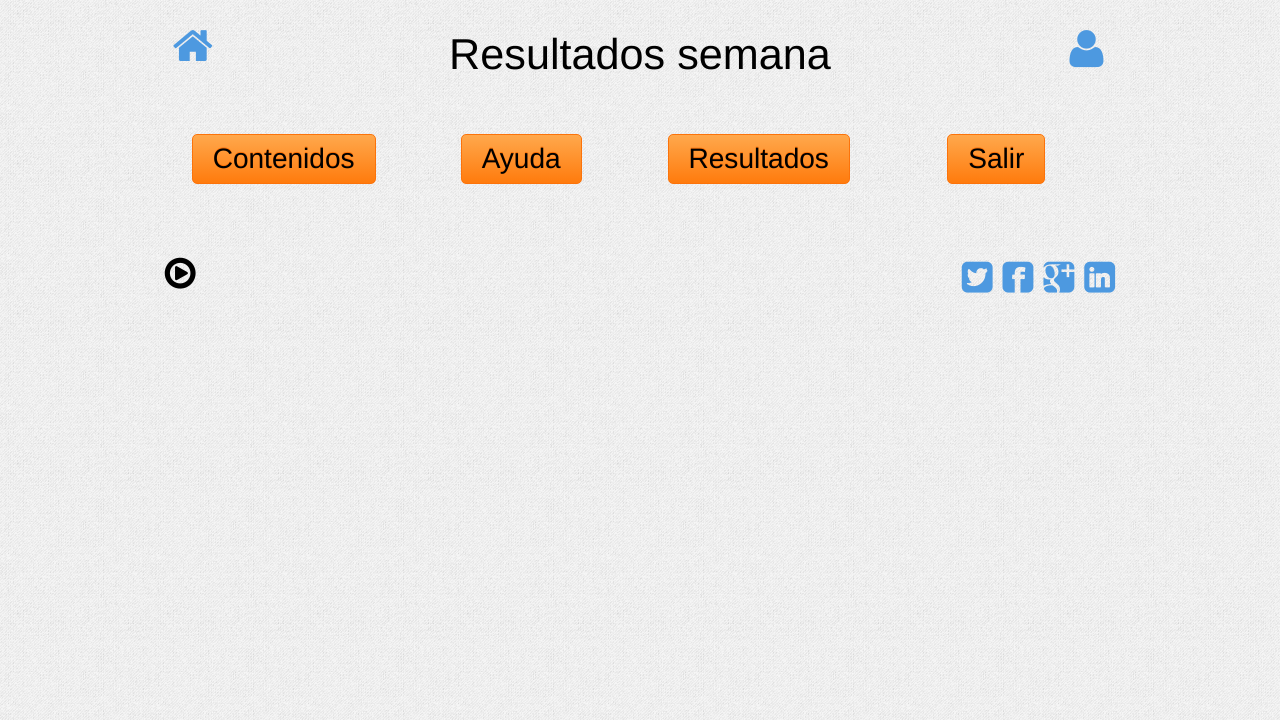
Repository: SCeruso/RememberMe
Page: resultados_semana.html
The author's editor kept a record of every edit. The page is drawn from the files as they stood at one moment, then again after the next edit.
The browser window is 1280 px wide. The pictures show the whole page.
Some web libraries are served in a nearby version.

Above is the page before.

### resultados_semana.html
<!DOCTYPE html>
<html>
<head>
	<!-- META -->
	<title>HTML KickStart Elements</title>
	<meta charset="UTF-8">
	<meta name="viewport" content="width=device-width, initial-scale=1.0"/>
	<meta name="description" content="" />

	<!-- CSS -->
	<link rel="stylesheet" type="text/css" href="css/kickstart.css" media="all" />
	<link rel="stylesheet" type="text/css" href="style.css" media="all" />

	<!-- Javascript -->
	<script type="text/javascript" src="https://ajax.googleapis.com/ajax/libs/jquery/1.9.1/jquery.min.js"></script>
	<script type="text/javascript" src="js/kickstart.js"></script>

</head>
<body>
<div class="grid">
	<div class="col_12">
        <div class="col_2">
        <h2 class="left">
                <a href="juegosde.html">
                    <i class="icon-home pull-left"></i>
                </a>
        </div>
        </h2>
        <div class="col_8">
        <h2 class="center">
               <p>Resultados semana</p>
        </h2></div>
        <h2>
        		<a href = "perfil.html">
               <i class="icon-user icon-border pull-right" title="Mi perfil"></i>
		</a>
		</h2>
		<br>
    </div>








    <div class="col_12">
        <div class="col_3">
            <h5 style="margin-bottom:40px;" class="center">
                <a class="large button orange" href="contenido.html"><font color="black">Contenidos</font></a>
            </h5>
        </div>
        <div class="col_3">
            <h5 style="margin-bottom:40px;" class="center">
                <a class="large button orange" href="registrarse.html"><font color="black">Ayuda</font></a>
            </h5>
        </div>
        <div class="col_3">
            <h5 style="margin-bottom:40px;" class="center">
                <a class="large button orange" href="registrarse.html"><font color="black">Resultados</font></a>
            </h5>
        </div>
        <div class="col_3">
            <h5 style="margin-bottom:40px;" class="center">
                <a class="large button orange" href="bienvenido.html"><font color="black">Salir</font></a>
            </h5>
        </div>
    </div>

    <div class="col_12">
        <h3 class="right">
            <a href = "http://www.twitter.com" target = "blank">
                <i class="icon-twitter-sign" title= "Twitter"></i></a>
            <a href = "http://www.facebook.com" target = "blank">
                <i class="icon-facebook-sign" title= "Facebook"></i></a>
            <a href = "http://www.google.com" target = "blank">
                <i class="icon-google-plus-sign" title= "Google +"></i></a>
            <a href = "http://www.linkedin.com" target = "blank">
                <i class="icon-linkedin-sign" title= "Linkedin"></i></a>
            <i class=" icon-play-circle pull-left"></i>

        </h3>
    </div>
</div> <!-- End Grid -->
</body>
</html>

### style.css
/*
	99Lime.com HTML KickStart by Joshua Gatcke
	style.css

*/

/*---------------------------------
	IMPORTS
-----------------------------------*/
@import url(http://fonts.googleapis.com/css?family=Arimo:400,700);

/*---------------------------------
	OVERRIDES
-----------------------------------*/
h1,h2,h3,h4,h5,h6{
font-family: "Arimo", arial, verdana, sans-serif;
font-weight:normal;
}

thead th,
tbody th{
font-family: "Arimo", arial, verdana, sans-serif;
}

button,
a.btn,
input[type="submit"],
input[type="reset"],
input[type="button"]{
font-family: "Arimo", arial, verdana, sans-serif;
}

.menu{
font-family: "Arimo", arial, verdana, sans-serif;
}

blockquote{
font-family: "Arimo", arial, verdana, sans-serif;
}

/*---------------------------------
	LAYOUT
-----------------------------------*/
body{
margin:0;
padding:0 0 0 0;
color:#000;
/*background-repeat:repeat;*/
background:#efefef url(css/img/gray_jean.png);
/*background-size:cover;*/
/*background-image:url(css/img/gray_jean.png);*/
font:normal 0.9em/150% 'Arimo', arial, verdana, sans-serif;
text-shadow: 0 0 1px transparent; /* google font pixelation fix */
}

#wrap{
width:100%;
background:#fff;
margin:30px auto 30px auto;
padding:0 2%;
border:1px solid #ccc;
}


#footer{
text-align:center;
padding:20px;
margin:0;
border-top:1px solid #ddd;
color:#999;
font-size:0.8em;
text-shadow:0px 1px 1px #fff;
position: relative;
top:0;
left:0;
background:#fff;
}

	#link-top{
	display:none;
	}

/* NAV BAR*/
.navbar{
position:fixed;
top:0;
left:0;
width: 100%;
background:#000;
color:#fff;
z-index:1000;
}

	.navbar #logo{
	position:absolute;
	top:0;
	right:0;
	padding:0.5em 1em;
	font-size: 1.7em;
	color:#efefef;
	text-decoration:none;
	}

	.navbar span{
	color:#86dc00;
	}


	.navbar ul{
	display:inline-block;
	margin:0;
	padding:0;
	}

		.navbar li{
		margin:0;
		padding:0;
		list-style-type:0;
		display:inline-block;
		}

		.navbar li a{
		display:inline-block;
		color:#efefef;
		padding:1em 1.3em;
		text-decoration:none;
		text-transform: uppercase;
		line-height:100%;
		font-size: 1.2em;
		}

.callout{
background:#4598ef;/*#86dc00;*/
padding:3em 0;
color:#fff;
box-shadow:inset 0 0 10px rgba(0,0,0,0.2);
text-align: center;
text-shadow:0px 1px 3px rgba(0,0,0,0.2);
display:block;
}
	.callout + div.grid{margin-top:50px;}
	 a.callout{cursor:pointer;}
	 .callout i.icon-4x{font-size:6em;}
	 .callout h4{margin-bottom:30px;}
	 .callout-top{margin:50px 0 0 0;}
	 .callout p{margin-bottom:0;}
	 .callout .button{margin-top:10px;}
	 .callout.green{background:#19ad0b;/*#86dc00;*/}

#mc_embed_signup{
padding:30px 0;
}

#ui-preview{
border:5px solid #ddd;
margin:30px 0;
display:block;
}

### css/kickstart-forms.css
/*---------------------------------
	FORMS
-----------------------------------*/
form{
padding:0;
margin:0;
}

fieldset{
margin:30px 0 20px 0;
padding:5px 15px 15px 15px;
border:1px solid #ccc;
background:#f5f5f5;
-moz-border-radius:5px;
-webkit-border-radius:5px;
border-radius:5px;
position: relative;
top:0;
left:0;
}

	legend{
	-moz-border-radius:5px;
	-webkit-border-radius:5px;
	border-radius:5px;
	border:1px solid #ccc;
	background:#f5f5f5;
	padding:2px 10px;
	margin:0 0 0 0;
	display:block;
	position: relative;
	top:0;
	left:0;
	}

	/*IE ONLY - I know, this is a stop gap*/
	.msie fieldset{padding-top:25px;}
	.msie legend{position:absolute;top:-0.7em;left:10px;}

label{
display:inline-block;
*display:inline;
vertical-align: middle;
margin:0;
padding:0;
position:relative;
top:0;
left:0;
zoom:1;
-moz-box-sizing: border-box;
-webkit-box-sizing: border-box;
box-sizing: border-box;
}

	label.inline{
	display:inline;
	margin:0;
	}

	label span{
	color:#999;
	font-size:0.9em;
	}

	label span.right{
	position:absolute;
	bottom:0;
	right:0;
	text-align:right;
	display:inline-block;
	*display:inline;
	}

	label.disabled{
	color:#ccc;
	}

input{
display:inline-block;
*display:inline;
vertical-align: middle;
width:auto;
zoom:1;
margin:0;
border:1px solid #ccc;
font-size:1em;
padding:5px 0;
text-indent: 5px;
-moz-border-radius:5px;
-webkit-border-radius:5px;
border-radius:5px;
background:#fff;
-moz-box-shadow:inset 0 0 6px #ccc;
-webkit-box-shadow:inset 0 1px 6px #ccc;
box-shadow:inset 0 1px 6px #ccc;
-moz-box-sizing: border-box;
-webkit-box-sizing: border-box;
box-sizing: border-box;
}

	input::-webkit-input-placeholder,
	input:-moz-placeholder,
	.placeholder{
	color:#bbb;
	}

	input::-moz-focus-inner {border:0;}

	input[disabled="disabled"], input.disabled{
	color:#999;
	background:#f5f5f5;
	-moz-box-shadow:inset 0 0 2px #ddd;
	-webkit-box-shadow:inset 0 1px 2px #ddd;
	box-shadow:inset 0 1px 2px #ddd;
	}

	/* FOCUS STATES */
	input[type="text"]:focus,
	textarea:focus,
	button:focus,
	a.button:focus,
	select:focus,
	input[type="file"]:focus,
	input[type="password"]:focus{
	-webkit-box-shadow: 0 0 7px #6DB9FF;
	-moz-box-shadow   : 0 0 7px #6DB9FF;
	box-shadow        : 0 0 7px #6DB9FF;
	border: 1px solid #50B1FE;
	outline: none;
	}

	/* TRANSITION */
	input[type="text"],
	textarea,
	button,
	a.button,
	a,
	input[type="file"]{
	-moz-transition: -moz-box-shadow 0.5s, border 0.5s, background 0.5s;
	-webkit-transition: -webkit-box-shadow 0.5s, border 0.5s, background 0.5s;
	-o-transition:  box-shadow 0.5s, border 0.5s, background 0.5s;
	transition: box-shadow 0.5s, border 0.5s, background 0.5s;
	}

input.checkbox,
input[type="checkbox"]{
display:inline;
width:auto;
margin:0;
padding:0;
border:0;
background:none;
vertical-align:center;
*vertical-align: top;
}

input.radio,
input[type="radio"]{
display:inline;
width:auto;
margin:0;
padding:0;
border:0;
background:none;
vertical-align:center;
*vertical-align: top;
}

	input[type="radio"]:focus,
	input[ type="checkbox"]:focus{
	-webkit-box-shadow: 0 0 5px #6DB9FF;
	-moz-box-shadow   : 0 0 5px #6DB9FF;
	box-shadow        : 0 0 5px #6DB9FF;
	outline-color: #6DB9FF;
	}

input.file,
input[type="file"]{
/*font-size:0.8em;*/
-moz-box-shadow:none;
-webkit-box-shadow:none;
box-shadow:none;
border:none;
}

select{
display:inline;
width:auto;
margin:0;
border:1px solid #ccc;
line-height:100%;
padding:3px;
vertical-align: middle;
}

        select[disabled="disabled"], select.disabled{
        color:#999;
        background:#f5f5f5;
        -moz-box-shadow:inset 0 0 2px #ddd;
        -webkit-box-shadow:inset 0 1px 2px #ddd;
        box-shadow:inset 0 1px 2px #ddd;
        }

textarea{
width:auto;
height:200px;
margin:0;
border:1px solid #ccc;
padding:5px;
vertical-align: middle;
font-family:inherit;
font-size:0.9em;
-moz-border-radius:5px;
-webkit-border-radius:5px;
border-radius:5px;
-moz-box-shadow:inset 0 0 6px #ccc;
-webkit-box-shadow:inset 0 1px 6px #ccc;
box-shadow:inset 0 1px 6px #ccc;
-moz-box-sizing: border-box;
-webkit-box-sizing: border-box;
box-sizing: border-box;
}

/*---------------------------------
	COLUMN SIZES
-----------------------------------*/

/* sizes */
input[class*="col_"],
select[class*="col_"],
label[class*="col_"]{
float:none;display:inline-block;*display:inline;margin-bottom:0;
*margin-left: 0.5%;*margin-right: 0.5%;/* this is for IE 7 Only and is not a good fix - work needed here */
}

/*---------------------------------
	FORMS VERTICAL
-----------------------------------*/
form.vertical{

}

	form.vertical label{display:block;}
	form.vertical input,
	form.vertical select,
	form.vertical textarea{width:100%;display:block;margin-bottom:10px;}
	form.vertical .chzn-container{display:block;margin-bottom:10px;}
	form.vertical .chzn-choices{display:block;margin-bottom:10px;}

	/* radios & checks */
	form.vertical input.checkbox,
	form.vertical input[type="checkbox"],
	form.vertical input.radio,
	form.vertical input[type="radio"],
	form.vertical label.inline{display:inline;width:auto;margin:0;}
/*---------------------------------
	FORM VALIDATION
-----------------------------------*/
label.error{color:red;}
input.error{border:1px solid red;}
select.error{border:1px solid red;}

/*---------------------------------
	NOTICES
-----------------------------------*/
.notice{
border:1px solid gold;
background:lightyellow;
padding:10px 20px 10px 40px;
margin:10px 0;
-moz-border-radius:5px;
-webkit-border-radius:5px;
border-radius:5px;
color:#DEAE00;
line-height:120%;
vertical-align: center;
text-shadow:0px 1px rgba(255,255,255,0.5);
position:relative;
top:0;
left:0;
clear:both;
}

	.notice.warning{}/*default*/
	.notice.error{border:1px solid red;background:pink;color:red;}
	.notice.success{border:1px solid green;background:lightgreen;color:green;}
	.notice i[class^='icon-']{position:absolute;top:50%;left:0.8em;margin-top:-0.6em;}
	.notice a[class^='icon-remove'],
	.notice a[class^='icon-remove']:active,
	.notice a[class^='icon-remove']:visited{font-size:12px;position:absolute;top:5px;right:5px;left:auto;color:inherit;margin-top:0;left:auto;}

### css/kickstart-grid.css
/*
	99Lime.com HTML KickStart by Joshua Gatcke
	kickstart-grids.css

	DO NOT EDIT THIS FILE unless you know what you are doing.
*/
/*---------------------------------
	GRID/COLUMNS
-----------------------------------
	tinyfluidgrid.com
	& girlfriendnyc.com
	with changes by 99Lime
-----------------------------------*/
 /*
 & Columns : 12
 & Gutter %: 20%
 & MaxWidth: 1280px
 */

.grid{
max-width:1220px;
margin:0 auto;
padding:0 2em;
}

.grid.flex{
width:100%;
max-width:100%;
padding:0 2%;
padding:2em;
}

.row{
display:block;
overflow:hidden;
clear:both;
}

*[class*="col_"].alpha{margin-left:0;}
*[class*="col_"].omega{margin-right:0;}

.col_1  { width: 6.6666666666667%; }
.col_2  { width: 15%; }
.col_3  { width: 23.333333333333%; }
.col_4  { width: 31.666666666667%; }
.col_5  { width: 40%; }
.col_6  { width: 48.333333333333%; }
.col_7  { width: 56.666666666667%; }
.col_8  { width: 65%; }
.col_9  { width: 73.333333333333%; }
.col_10 { width: 81.666666666667%; }
.col_11 { width: 90%; }
.col_12 { width: 98.333333333333%; }

*[class*="col_"]{
margin-left: 0.83333333333333%;
margin-right: 0.83333333333333%;
margin-top:0.5em;
margin-bottom:0.5em;
float: left;
display: block;
}

.grid img{
max-width: 100%;
height:auto;
}

.clear{clear:both;display:block;overflow:hidden;visibility:hidden;width:0;height:0}
.clearfix:after{clear:both;content:' ';display:block;font-size:0;line-height:0;visibility:hidden;width:0;height:0}
* html .clearfix, *:first-child+html .clearfix{zoom:1}

/* Viewable Grids
	To view your grids, add the class .visible to any grid container.
	This will add a background color so you can see the layout of your grids.
*/
*[class*="col_"].visible{
background:#eee;
border:1px dotted #ccc;
}


/*---------------------------------
	Responsive Grid Media Queries - 1280, 1024, 768, 480
	1280-1024 	- desktop (default grid)
	1024-768 	- tablet landscape
	768-480 	- tablet
	480-less 	- phone landscape & smaller
-----------------------------------*/
@media all and (min-width: 1024px) and (max-width: 1280px) {

	.grid *[class*="col_"]{}
	.grid{max-width: 1024px;}
	.show-desktop	{display:block;}
	.hide-desktop	{display:none;}
	.show-tablet	{display:none;}
	.hide-tablet	{display:block;}
	.show-phone		{display:none;}
	.hide-phone		{display:block;}

}

@media all and (min-width: 768px) and (max-width: 1024px) {

	.grid *[class*="col_"]{}
	.grid{max-width: 768px;}
	.show-desktop	{display:none;}
	.hide-desktop	{display:block;}
	.show-tablet	{display:block;}
	.hide-tablet	{display:none;}
	.show-phone		{display:none;}
	.hide-phone		{display:block;}

}


@media all and (min-width: 480px) and (max-width: 768px) {

	.grid *[class*="col_"]{
	float:none;
	width:auto;
	clear:both;
	display:block;
	}

	/* columns inside of columns */
	.grid *[class*="col_"] [class*="col_"]{
	margin-left:0;
	margin-right:0;
	width:100%;
	}

	.grid{max-width: 480px;}
	.show-desktop	{display:none;}
	.hide-desktop	{display:block;}
	.show-tablet	{display:block;}
	.hide-tablet	{display:none;}
	.show-phone		{display:none;}
	.hide-phone		{display:block;}

}

@media all and (max-width: 480px) {

	.grid *[class*="col_"]{
	float:none;
	width:auto;
	clear:both;
	display:block;
	}

	/* columns inside of columns */
	.grid *[class*="col_"] [class*="col_"]{
	margin-left:0;
	margin-right:0;
	width:100%;
	}

	.grid{max-width: 100%;/*320*/}
	.show-desktop	{display:none;}
	.hide-desktop	{display:block;}
	.show-tablet	{display:none;}
	.hide-tablet	{display:block;}
	.show-phone		{display:block;}
	.hide-phone		{display:none;}

}

### css/kickstart-slideshow.css
/*---------------------------------
	SLIDESHOW2 - Slight Fixes for the slideshow layout *needs work
-----------------------------------*/

	.slideshow{
	clear:both;
	margin:0;
	padding:0;
	width:auto;
	height:auto;
	overflow:hidden;
	}

		.slideshow li{
		list-style-type:none;
		margin:0;
		padding:0;
		float:left;
		display:block;
		}

/**
 * BxSlider v4.0 - Fully loaded, responsive content slider
 * http://bxslider.com
 *
 * Written by: Steven Wanderski, 2012
 * http://stevenwanderski.com
 * (while drinking Belgian ales and listening to jazz)
 *
 * CEO and founder of bxCreative, LTD
 * http://bxcreative.com
 */


/** RESET AND LAYOUT
===================================*/
.bx-wrapper, .bx-wrapper *{
	-webkit-box-sizing: content-box; /* Safari/Chrome, other WebKit */
  	-moz-box-sizing: content-box;    /* Firefox, other Gecko */
  	box-sizing: content-box;         /* Opera/IE 8+ */
}

.bx-wrapper {
	position: relative;
	margin: 0 0 60px;
	padding: 0;
	*zoom: 1;
}

.bx-wrapper img {
	width: 100%;
	display: block;
}

/** THEME
===================================*/

.bx-wrapper .bx-viewport {
	-moz-box-shadow: 0 0 5px #ccc;
	-webkit-box-shadow: 0 0 5px #ccc;
	box-shadow: 0 0 5px #ccc;
	border: solid #fff 5px;
	left: 0;
	background: #fff;
}

.bx-wrapper .bx-pager,
.bx-wrapper .bx-controls-auto {
	position: absolute;
	bottom: -30px;
	width: 100%;
}

/* LOADER */

.bx-wrapper .bx-loading {
	min-height: 50px;
	background: url(img/bx_loader.gif) center center no-repeat #fff;
	height: 100%;
	width: 100%;
	position: absolute;
	top: 0;
	left: 0;
	z-index: 2000;
}

/* PAGER */

.bx-wrapper .bx-pager {
	text-align: center;
	font-size: .85em;
	font-family: Arial;
	font-weight: bold;
	color: #666;
	padding-top: 20px;
}

.bx-wrapper .bx-pager .bx-pager-item,
.bx-wrapper .bx-controls-auto .bx-controls-auto-item {
	display: inline-block;
	*zoom: 1;
	*display: inline;
}

.bx-wrapper .bx-pager.bx-default-pager a {
	background: #666;
	text-indent: -9999px;
	display: block;
	width: 10px;
	height: 10px;
	margin: 0 5px;
	outline: 0;
	-moz-border-radius: 5px;
	-webkit-border-radius: 5px;
	border-radius: 5px;
}

.bx-wrapper .bx-pager.bx-default-pager a:hover,
.bx-wrapper .bx-pager.bx-default-pager a.active {
	background: #000;
}

/* DIRECTION CONTROLS (NEXT / PREV) */

.bx-wrapper .bx-prev {
	left: 10px;
	background: url(img/controls.png) no-repeat 0 -32px;
}

.bx-wrapper .bx-next {
	right: 10px;
	background: url(img/controls.png) no-repeat -43px -32px;
}

.bx-wrapper .bx-prev:hover {
	background-position: 0 0;
}

.bx-wrapper .bx-next:hover {
	background-position: -43px 0;
}

.bx-wrapper .bx-controls-direction a {
	position: absolute;
	top: 50%;
	margin-top: -16px;
	outline: 0;
	width: 32px;
	height: 32px;
	text-indent: -9999px;
	z-index: 9999;
}

.bx-wrapper .bx-controls-direction a.disabled {
	display: none;
}

/* AUTO CONTROLS (START / STOP) */

.bx-wrapper .bx-controls-auto {
	text-align: center;
}

.bx-wrapper .bx-controls-auto .bx-start {
	display: block;
	text-indent: -9999px;
	width: 10px;
	height: 11px;
	outline: 0;
	background: url(img/controls.png) -86px -11px no-repeat;
	margin: 0 3px;
}

.bx-wrapper .bx-controls-auto .bx-start:hover,
.bx-wrapper .bx-controls-auto .bx-start.active {
	background-position: -86px 0;
}

.bx-wrapper .bx-controls-auto .bx-stop {
	display: block;
	text-indent: -9999px;
	width: 9px;
	height: 11px;
	outline: 0;
	background: url(img/controls.png) -86px -44px no-repeat;
	margin: 0 3px;
}

.bx-wrapper .bx-controls-auto .bx-stop:hover,
.bx-wrapper .bx-controls-auto .bx-stop.active {
	background-position: -86px -33px;
}

/* PAGER WITH AUTO-CONTROLS HYBRID LAYOUT */

.bx-wrapper .bx-controls.bx-has-controls-auto.bx-has-pager .bx-pager {
	text-align: left;
	width: 80%;
}

.bx-wrapper .bx-controls.bx-has-controls-auto.bx-has-pager .bx-controls-auto {
	right: 0;
	width: 35px;
}

/* IMAGE CAPTIONS */

.bx-wrapper .bx-caption {
	position: absolute;
	bottom: 0;
	left: 0;
	background: #666\9;
	background: rgba(80, 80, 80, 0.75);
	width: 100%;
}

.bx-wrapper .bx-caption span {
	color: #fff;
	font-family: Arial;
	display: block;
	font-size: .85em;
	padding: 10px;
}

### css/tiptip.css
/*
	TipTip CSS - Version 1.2
	http://code.drewwilson.com/entry/tiptip-jquery-plugin
*/

#tiptip_holder { display: none; position: absolute; top: 0; left: 0; z-index: 99999; }
#tiptip_holder.tip_top { padding-bottom: 5px; }
#tiptip_holder.tip_bottom { padding-top: 5px; }
#tiptip_holder.tip_right { padding-left: 5px; }
#tiptip_holder.tip_left { padding-right: 5px; }

#tiptip_content {
font-size: 11px;
color: #fff;
text-shadow: 0 0 2px #000;
padding: 4px 8px;
border: 1px solid rgba(255,255,255,0.25);
background:#212121;
background-color: rgba(25,25,25,0.92);
background-image: -webkit-gradient(linear, 0% 0%, 0% 100%, from(transparent), to(#000));
-webkit-border-radius: 3px;
-moz-border-radius: 3px;
border-radius: 3px;
-webkit-box-shadow: 0 0 3px #555;
-moz-box-shadow: 0 0 3px #555;
box-shadow: 0 0 3px #555;
*background:#212121;
}

#tiptip_arrow, #tiptip_arrow_inner {
position: absolute;
border-color: transparent;
border-style: solid;
border-width: 6px;
height: 0;
width: 0;
}

#tiptip_holder.tip_top #tiptip_arrow {
border-top-color: #fff;
border-top-color: rgba(255,255,255,0.35);
}

#tiptip_holder.tip_bottom #tiptip_arrow {
border-bottom-color: #fff;
border-bottom-color: rgba(255,255,255,0.35);
}

#tiptip_holder.tip_right #tiptip_arrow {
border-right-color: #fff;
border-right-color: rgba(255,255,255,0.35);
}

#tiptip_holder.tip_left #tiptip_arrow {
border-left-color: #fff;
border-left-color: rgba(255,255,255,0.35);
}

#tiptip_holder.tip_top #tiptip_arrow_inner {
margin-top: -7px;
margin-left: -6px;
border-top-color: rgb(25,25,25);
border-top-color: rgba(25,25,25,0.92);
}

#tiptip_holder.tip_bottom #tiptip_arrow_inner {
margin-top: -5px;
margin-left: -6px;
border-bottom-color: rgb(25,25,25);
border-bottom-color: rgba(25,25,25,0.92);
}

#tiptip_holder.tip_right #tiptip_arrow_inner {
margin-top: -6px;
margin-left: -5px;
border-right-color: rgb(25,25,25);
border-right-color: rgba(25,25,25,0.92);
}

#tiptip_holder.tip_left #tiptip_arrow_inner {
margin-top: -6px;
margin-left: -7px;
border-left-color: rgb(25,25,25);
border-left-color: rgba(25,25,25,0.92);
}

/* Webkit Hacks  */
@media screen and (-webkit-min-device-pixel-ratio:0) {
	#tiptip_content {
		padding: 4px 8px 5px 8px;
		background-color: rgba(45,45,45,0.88);
	}
	#tiptip_holder.tip_bottom #tiptip_arrow_inner {
		border-bottom-color: rgba(45,45,45,0.88);
	}
	#tiptip_holder.tip_top #tiptip_arrow_inner {
		border-top-color: rgba(20,20,20,0.92);
	}
}

Loaded but not shown: css/jquery.fancybox-1.3.4.css (library); css/prettify.css (common file); css/fonts/fontawesome/css/font-awesome.min.css (library); js/kickstart.js (424 lines, source omitted); css/kickstart-buttons.css (369 lines, source omitted); css/kickstart.css (508 lines, source omitted); css/kickstart-menus.css (180 lines, source omitted)

After the next edit:
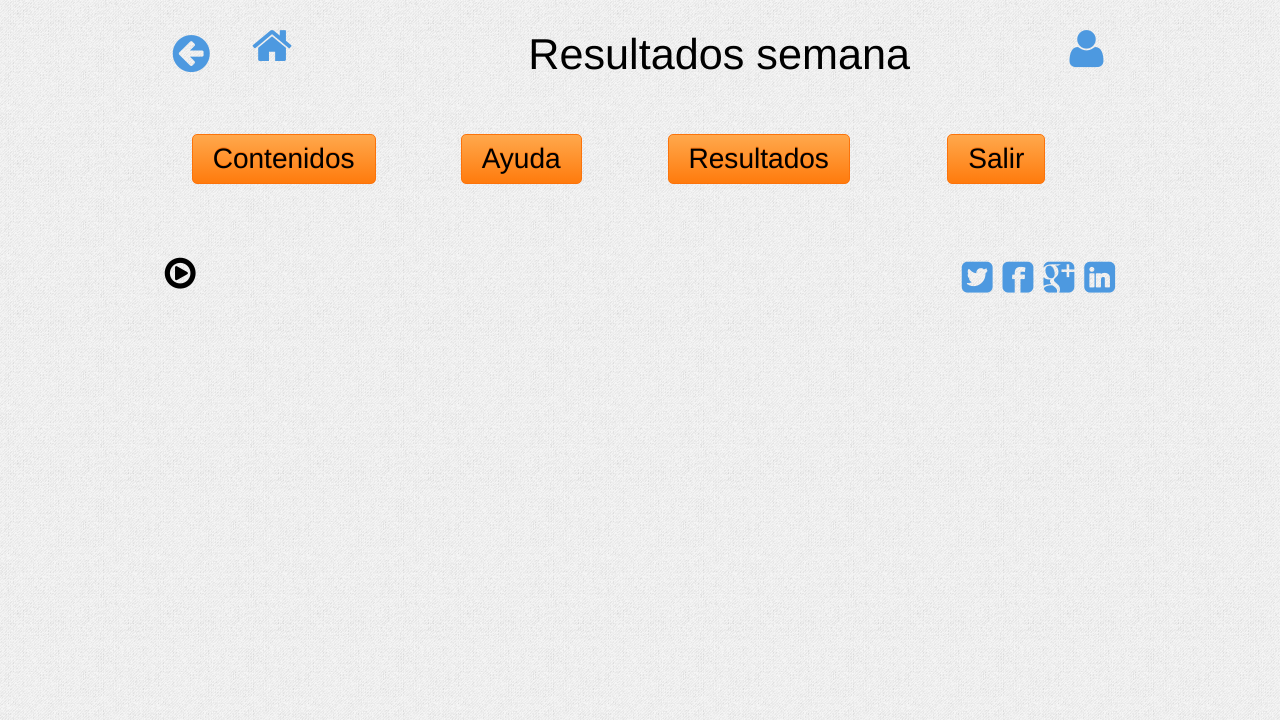
The edit:
--- a/resultados_semana.html
+++ b/resultados_semana.html
@@ -19,6 +19,13 @@
 <body>
 <div class="grid">
 	<div class="col_12">
+	    <div class="col_1">
+        <h2 class="left">
+               <a href="tusimagenes.html">
+                  <i class="icon-circle-arrow-left"></i>
+                </a>
+        </h2>
+        </div>
         <div class="col_2">
         <h2 class="left">
                 <a href="juegosde.html">
